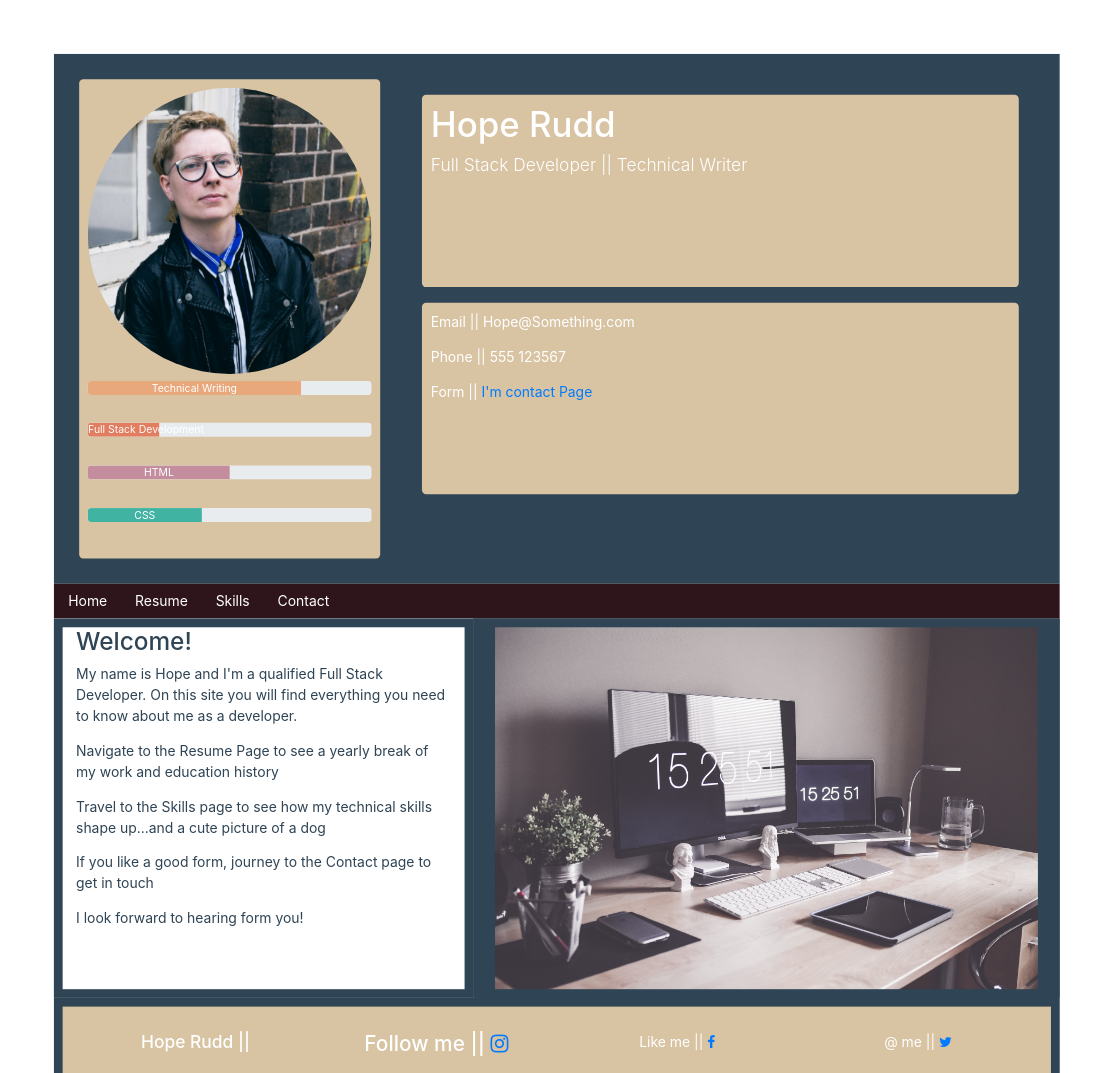
Repository: BleakTerrain/MilestoneProject-
Page: index.html
The author's editor kept a record of every edit. The page is drawn from the files as they stood at one moment, then again after the next edit.
The browser window is 1280 px wide. The pictures show the whole page, at 87% of full size.
Some web libraries are served in a nearby version.

Above is the page before.

### index.html
<html>

<head>
  <!-- Copied from UCB Resume code institue project -->

  <meta charset="UTF-8">
  <meta name="viewport" content="width=device-width, initial-scale=1.0">
  <meta http-equiv="X-UA-Compatible" content="ie=edge">
  <link rel="stylesheet" href="https://maxcdn.bootstrapcdn.com/bootstrap/4.2.1/css/bootstrap.min.css" type="text/css" />
  <link rel="stylesheet" href="https://maxcdn.bootstrapcdn.com/font-awesome/4.7.0/css/font-awesome.min.css" type="text/css" />
  <link rel="stylesheet" href="https://cdnjs.cloudflare.com/ajax/libs/hover.css/2.3.1/css/hover-min.css" type="text/css" />
  <link rel="stylesheet" href="assets/CSS/stylesheet.css" type="text/css" />
  <!-- Copied initial links end -->

  <title> Personal Portfolio</title>
</head>
<header>



</header>

<body>
<div class="intro-container">

 <!-------------------------Intro cards Started----------------------->
      <div class="row">
        <div class= "col-sm-4">
            <section class="jumbotron introtron">
          <img class="intro-image " src="BackgroundCodeInstitute.jpg" alt="Image not found">
           <div class="progress">
                <div class="progress-bar tech-writing " role="progressbar" aria-valuenow="40"
  aria-valuemin="0" aria-valuemax="100" style="width:75%">
  Technical Writing
  </div>
           </div>
            <div class="progress">
                <div class="progress-bar full-stack " role="progressbar" aria-valuenow="40"
  aria-valuemin="0" aria-valuemax="100" style="width:25%">
  Full Stack Development
  </div>
           </div>
             <div class="progress">
                <div class="progress-bar html" role="progressbar" aria-valuenow="40"
  aria-valuemin="0" aria-valuemax="100" style="width:50%">
  HTML
  </div>
           </div>
                <div class="progress">
                <div class="progress-bar css" role="progressbar" aria-valuenow="40"
  aria-valuemin="0" aria-valuemax="100" style="width: 40%">
  CSS
  </div>
           </div>
               </div>

               <div class="col-sm-8">
                 <div class="jumbotron name-card">
                <h1>Hope Rudd</h1>
                 <p class="lead ">Full Stack Developer || Technical Writer </p>
                 </div>

                  <section class= "jumbotron contact-card">
           <div class="row">
             <div class="col-sm-12">
            <p class="contact-info"> Email || Hope@Something.com</p>
            <p class="contact-info"> Phone || 555 123567</p>
            <p class="contact-info"> Form || <a href ="#">I'm contact Page</a></p>
              </div>

</section>
        </section>
        </div>

      </div>
    </div>

</div>
<!-------------------------------Intro cards finished-------------------------------->
<!-------------------------------Nav bar started-------------------------------->
<!-- inspired by example at https://www.w3schools.com/bootstrap4/bootstrap_navs.asp -->
<ul class = " nav navbar-default">
            <li class="nav-item">
              <a class="nav-link" href="#">Home</a>
            </li>
            <li class="nav-item">
              <a class="nav-link" href="#">Resume</a>
            </li>
            <li class="nav-item">
              <a class="nav-link" href="#">Skills</a>
            </li>
            <li class="nav-item">
              <a class="nav-link" href="#">Contact</a>
            </li>
          </ul>
<!-------------------------------Nav bar finished-------------------------------->
<!-------------------------------Bulk text started------------------------------->
    <section class="main-text container-fluid">
<div class="row">
  <div class="col-sm-5 main-text-box">
      <h3>Welcome!</h3> <i class="fas fa-door-open"></i>
      <p> My name is Hope and I'm a qualified Full Stack Developer. On this site you will find everything you need to know about me as a developer.</p>
      <p>Navigate to the Resume Page to see a yearly break of my work and education history</p>
      <p>Travel to the Skills page to see how my technical skills shape up...and a cute picture of a dog </p>
      <p>If you like a good form, journey to the Contact page to get in touch</p>
      <p> I look forward to hearing form you!</p>
  </div>
  <div class="col-sm-7 other-image-background">
<img class="other-image" src="DeskImage.jpg" alt="Image not found">
  </div>
</div>
    </section>
    </body>
<!-------------------------------Bulk text finished------------------------------->



<footer class="footer container-fluid">
<div class="row">
<div class="col-sm-3 footer-item">
  <h5> Hope Rudd || </h5>
  </div>
  <div class="col-sm-3 footer-item">
      <h4>Follow me || <a href = "#"> <i class="fa fa-instagram aria-hidden=true"></i></a></h4>
  <span class = "sr-only">Instagram link</span>
  </div>
  <div class="col-sm-3 footer-item">
      <p> Like me || <a href = "#"> <i class="fa fa-facebook aria-hidden=true"></i></a></p>
  <span class = "sr-only">Facebook Link</span>
  </div>
    <div class="col-sm-3 footer-item">
      <p>@ me || <a href = "#"> <i class="fa fa-twitter aria-hidden=true"></i></a></p>
  <span class = "sr-only">Twitter Link</span>
  </div>
</footer>

</html>

### assets/CSS/stylesheet.css

/* Main background taken from bootstraps basics project*/
/* General theme inspiration from : https://visme.co/blog/website-color-schemes/ */

body, html {
  height: 100%;
  margin: 2.5%;
}
/* -----------------------------------Intro bar---------------*/

.intro-container
{
padding:2.5%;
background-color: #2f4454;
}
.jumbotron
{
  margin:2.5%;
 padding: 10px;
 text-align: center;
  background-color: #D8C3A3;
  color:#fff;

}
.jumbotron-header
{
  font-size:500%;

}

.introtron
{
  margin:0;
min-height: 40%;
}

.intro-image {
  padding-bottom: 2.5%;
    width: 100%;
    background-position: center;
    background-repeat: no-repeat;
    transition: all .5s ease-in-out;
    -moz-transition: all .5s ease-in-out;
    -webkit-transition: all .5s ease-in-out;
  border-radius: 50%;
  display:inline-block;
}

.contact-card
{

  text-align: left;
  height:40%;
}
.name-card
{
  text-align:left;
  font-size: x-large;
  height:40%;
}
/*-----------------------------SkillsBar-------------------*/
.skill-bars
{
 width: 100%;
 border: solid 10px #41B3A3 ;
 padding: 2.5%;
}
.progress
{
  margin-bottom:10%;
}
.full-stack
{
  background-color: #E27D60;
}
.tech-writing
{
  background-color: #e8a87c;
}
.html
{
  background-color: #C38D9E;
}
.css
{
  background-color: #41B3A3;
}
/*----------------------------------Nav-----------------------*/
.nav
{

  text-align: center;
  background-color: #2E151B;

}
.nav-link
{
  color:#fff;
}
.nav-link:hover
{
  background-color:#eed2dc ;
  color:#2E151B;
}
.nav-item-resume
{
  background-color: #D8C3A3;
}
.nav-item-skills
{
  background-color: #D8C3A3;
}
.nav-item-contact
{
  background-color: #D8C3A3;
}
/*-----------------------------Main-Text-------------------*/
.main-text
{
  background-color: #2f4454;
}

.main-text-box
{
  border: solid 10px #2f4454;
  background-color: #fff;
  color: #2f4454;
}
.other-image-background
{
border: solid 10px #2f4454;
 margin:0;
}
.other-image {

width: 100%;
  display:block;

}

.resume-main-text
{
  background-color:#fff ;
  border: solid 10px #2f4454;
  padding:2.5% ;
}

.resume-image
{
  margin-top: 2.5%;
    padding-bottom: 2.5%;
    width: 100%;
    background-repeat: no-repeat;

  display:inline-block;
}


/*-----------------------------Timeline-------------------*/
/*-- Influenced by http://www.prepbootstrap.com/bootstrap-template/timeline ---*/
.timeline {
  list-style: none;
  padding: 10px 0 10px;
  position: relative;
}
.timeline:before {
  top: 0;
  bottom: 0;
  position: absolute;
  content: " ";
  width: 3px;
  background-color:#fff ;
  left: 10px;
  margin-left:-2px;
}
.timeline-item {
  margin-bottom: 10px;
  position: relative;
}

.timeline-item:before
.timeline-item:after {
  content: " ";
  display: table;
}

 .timeline-panel {
   background-color:  #41B3A3;
   color:#fff;
  width: 90%;
  float: center;
  border: 1px solid #d4d4d4;
  border-radius: 10px;
  padding: 10px;
  position: relative;
  margin-left: 35px;
}
.timeline-panel:before {
  position: absolute;
  display: inline-block;
}
.timeline-panel:after {
  position: relative;
  display: inline-block;
}
 .timeline-badge {
  color: #fff;
  font-size: 30px;
  line-height: 25px;
  text-align: center;
  position: absolute;
  top: 16px;
  left: -7px;

}

/*------------------------------Footer---------------------*/
.footer
{ background-color: #D8C3A3;
color:#fff;
padding: 2.5%;
border: solid 10px #2f4454 ;
}
.footer-item
{
  text-align: center;
}
/*------------------------------MediaQueries-----------------*/

@media (max-width: 573)
{
  .name-card
{
height: 100%;
background-color: #E85a4f;
}


.contact-card
{
height: 100%;
background-color: #E98074;
}
}
.other-image
{
  height:100%;

}

After the next edit:
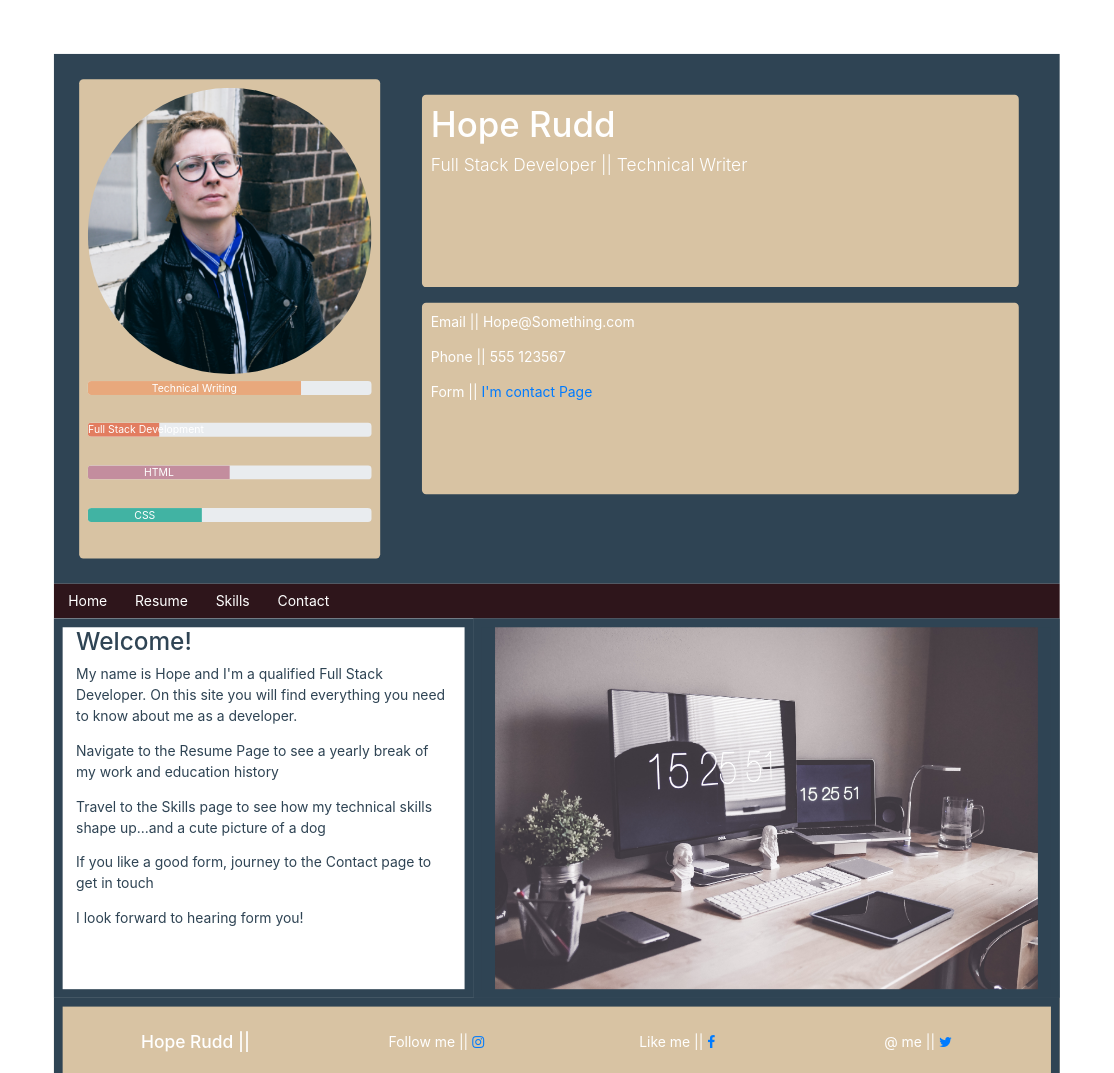
The edit:
--- a/index.html
+++ b/index.html
@@ -121,7 +121,7 @@
   <h5> Hope Rudd || </h5>
   </div>
   <div class="col-sm-3 footer-item">
-      <h4>Follow me || <a href = "#"> <i class="fa fa-instagram aria-hidden=true"></i></a></h4>
+      <p>Follow me || <a href = "#"> <i class="fa fa-instagram aria-hidden=true"></i></a></p>
   <span class = "sr-only">Instagram link</span>
   </div>
   <div class="col-sm-3 footer-item">
